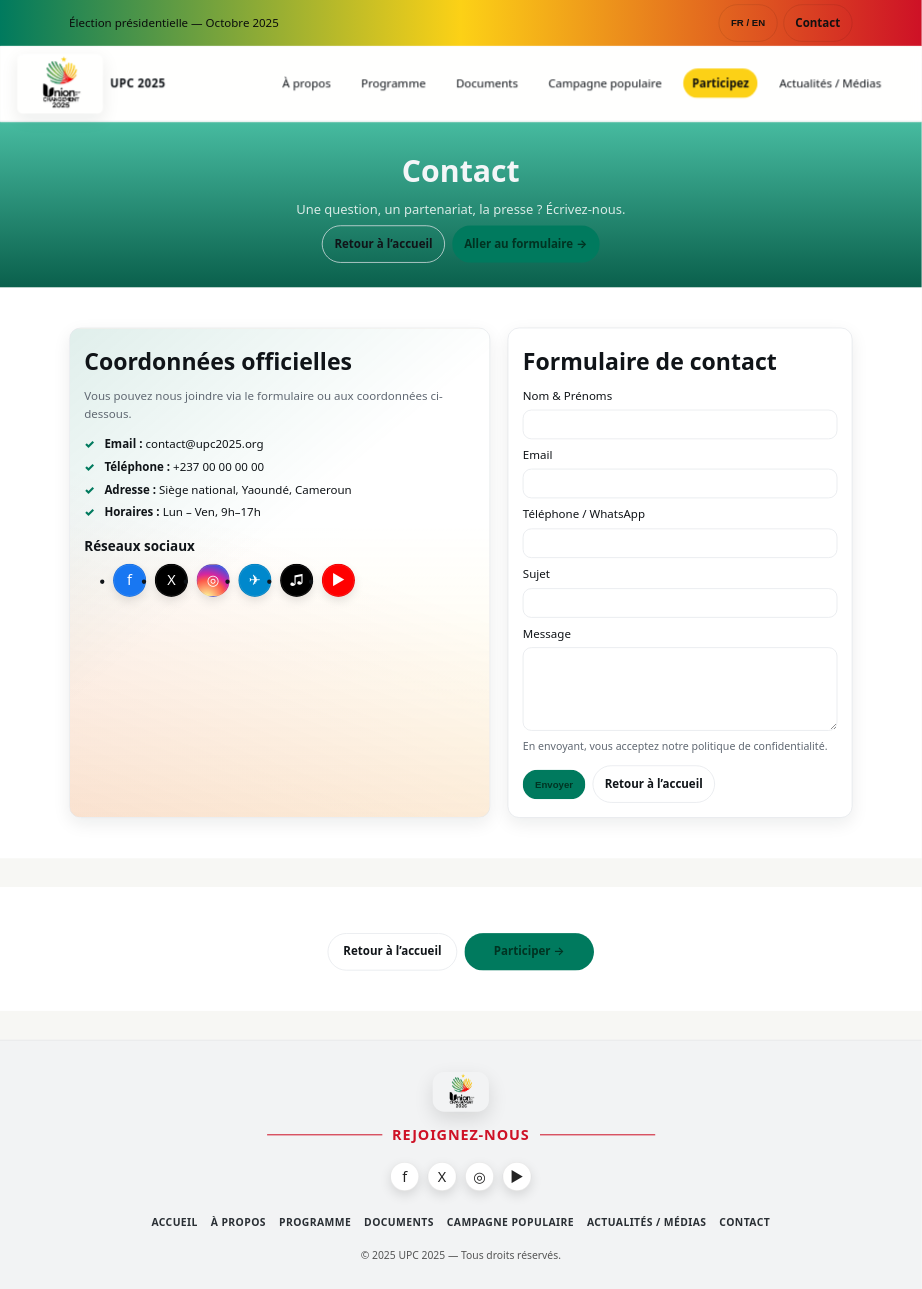
Repository: Kishny/upc2025
Page: contact.html
An editor plug-in stored every save of this project. The page is shown before and after the next save, followed by the edit.
The browser window is 1280 px wide. The pictures show the whole page, at 72% of full size.

Above is the page before, as saved 2025-09-11 14:59:15.

After the next save:
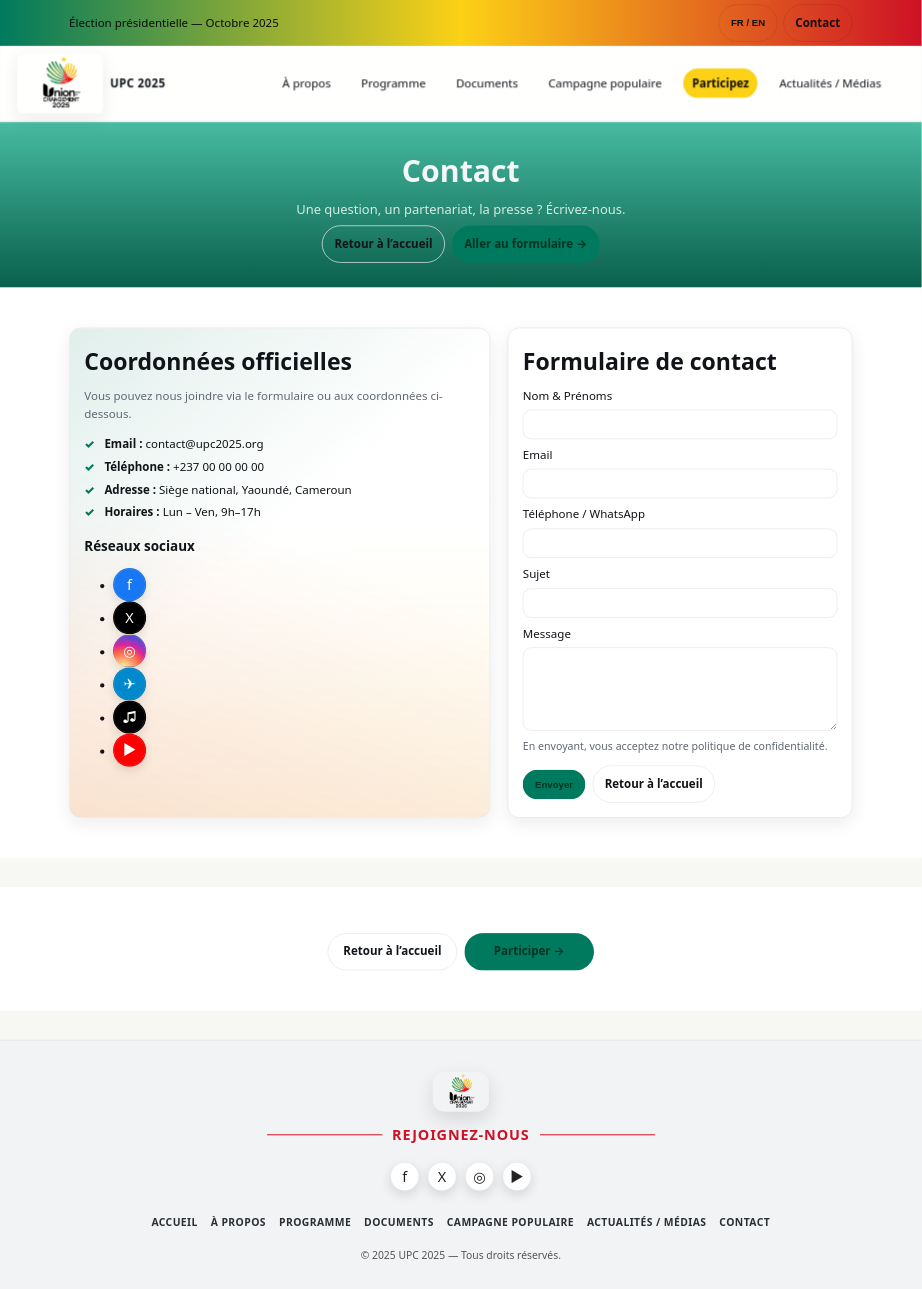
Saved 4 min 23 s later.
--- a/contact.html
+++ b/contact.html
@@ -85,8 +85,9 @@
       <section class="section">
         <div class="container grid-2">
           <!-- Coordonnées officielles -->
-          <aside class="card gradient-cm">
-            <h2 style="margin-top: 0" data-i18n="contact_block_title">
+          <!-- Coordonnées officielles -->
+          <aside class="card gradient-cm contact-card">
+            <h2 class="card__title" data-i18n="contact_block_title">
               Coordonnées officielles
             </h2>
             <p class="muted" data-i18n="contact_block_desc">
@@ -94,7 +95,7 @@
               ci-dessous.
             </p>
 
-            <ul class="checklist" style="margin-top: 10px">
+            <ul class="checklist contact-list">
               <li>
                 <strong data-i18n="contact_email_label">Email :</strong>
                 <a href="mailto:contact@upc2025.org">contact@upc2025.org</a>
@@ -105,27 +106,27 @@
               </li>
               <li>
                 <strong data-i18n="contact_addr_label">Adresse :</strong>
-                <span data-i18n="contact_addr_value"
-                  >Siège national, Yaoundé, Cameroun</span
-                >
+                <span data-i18n="contact_addr_value">
+                  Siège national, Yaoundé, Cameroun
+                </span>
               </li>
               <li>
                 <strong data-i18n="contact_hours_label">Horaires :</strong>
                 <span data-i18n="contact_hours_value">Lun – Ven, 9h–17h</span>
               </li>
             </ul>
-            <!-- Réseaux -->
+
+            <!-- Réseaux sociaux -->
             <h3 class="socials__title" data-i18n="socials_title">
               Réseaux sociaux
             </h3>
-            <ul class="footer__socials socials-grid socials-grid--left">
+            <ul class="socials-list">
               <li>
                 <a
                   class="sbtn sbtn--fb"
                   href="https://facebook.com/"
                   target="_blank"
                   aria-label="Facebook"
-                  title="Facebook"
                   >f</a
                 >
               </li>
@@ -134,8 +135,7 @@
                   class="sbtn sbtn--tw"
                   href="https://twitter.com/"
                   target="_blank"
-                  aria-label="X/Twitter"
-                  title="X / Twitter"
+                  aria-label="Twitter"
                   >X</a
                 >
               </li>
@@ -145,7 +145,6 @@
                   href="https://instagram.com/"
                   target="_blank"
                   aria-label="Instagram"
-                  title="Instagram"
                   >◎</a
                 >
               </li>
@@ -155,7 +154,6 @@
                   href="https://t.me/"
                   target="_blank"
                   aria-label="Telegram"
-                  title="Telegram"
                   >✈</a
                 >
               </li>
@@ -165,7 +163,6 @@
                   href="https://tiktok.com/"
                   target="_blank"
                   aria-label="TikTok"
-                  title="TikTok"
                   >♫</a
                 >
               </li>
@@ -175,7 +172,6 @@
                   href="https://youtube.com/"
                   target="_blank"
                   aria-label="YouTube"
-                  title="YouTube"
                   >▶</a
                 >
               </li>
